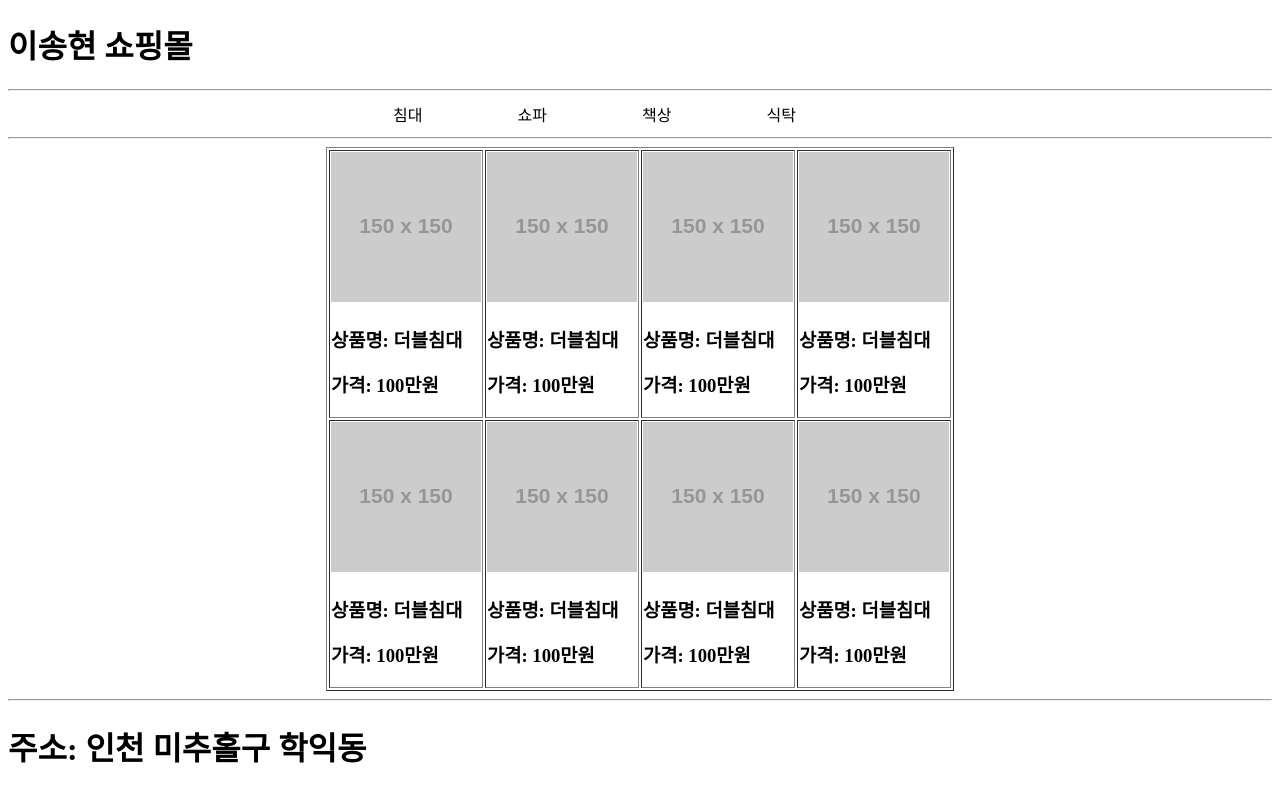
Repository: kmg8138/html
Page: 2020.04.06/ex0406/WebContent/ex07.html
An editor plug-in stored every save of this project. The page is shown before and after the next save, followed by the edit.
The browser window is 1280 px wide. The pictures show the whole page.

Above is the page before, as saved 2020-04-06 07:42:28.

After the next save:
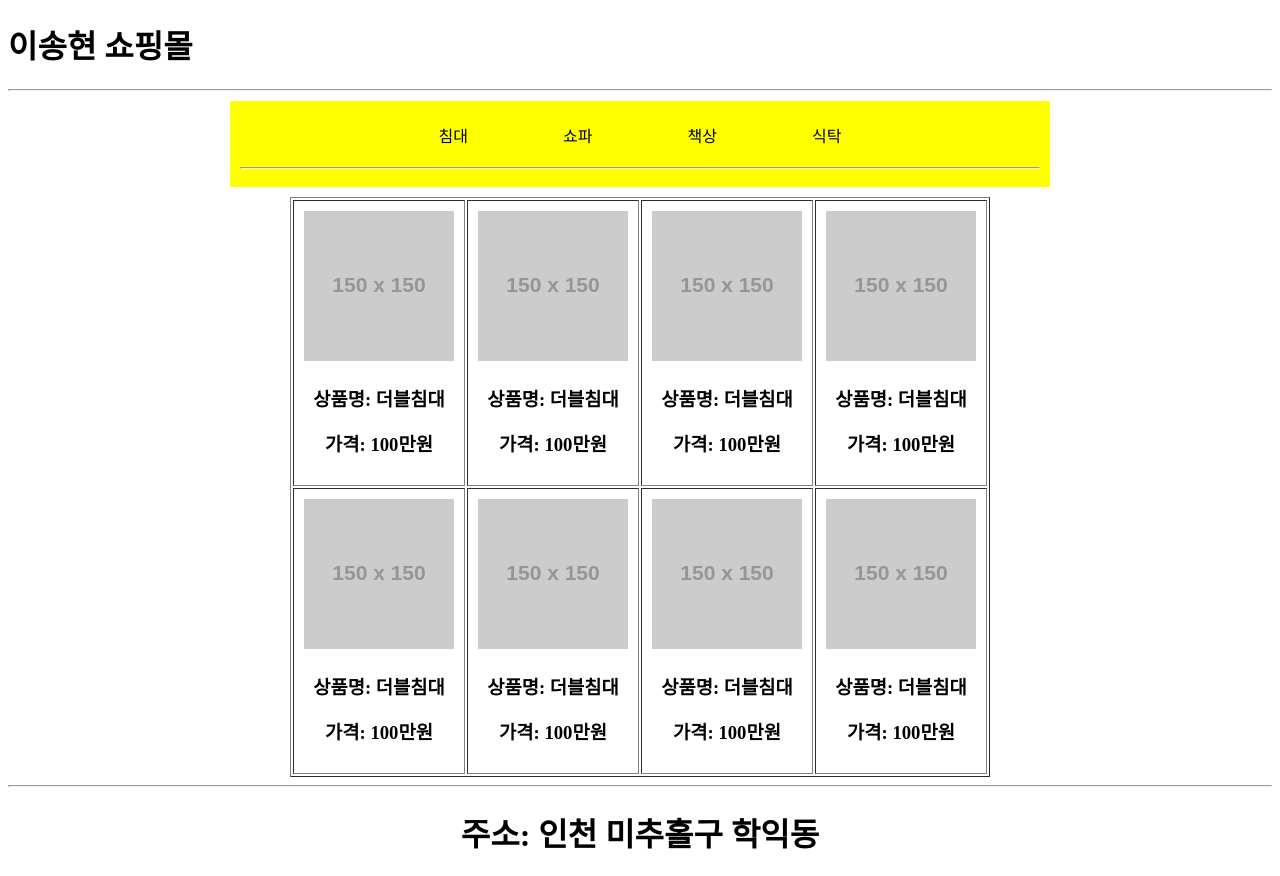
Saved 2 min 52 s later.
--- a/2020.04.06/ex0406/WebContent/ex07.html
+++ b/2020.04.06/ex0406/WebContent/ex07.html
@@ -5,7 +5,10 @@
 	<title>Insert title here</title>
 	<style>
 		table{margin:0px auto;} /*테이블 가운데정렬*/
-		td{text-align: }
+		td{text-align: center; padding: 10px}
+		heder, footer{text-align: center;}
+		nav{width:800px; padding: 10px; background: yellow;
+			margin: 10px auto;}
 	</style>
 </head>
 <body>
